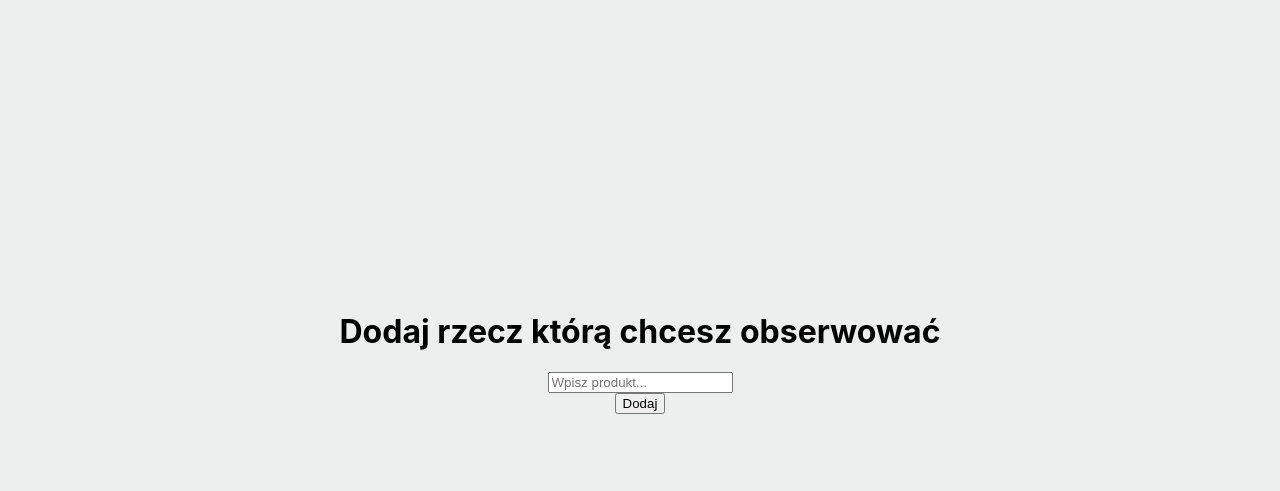
Repository: matedoo/crawler
Page: /MainApp
The author's editor kept a copy of each file at every save. The page is drawn from the files as they stood at one save, then again after a run of saves.
The browser window is 1280 px wide. The pictures show the whole page.
The project was rebuilt for these pictures with package versions that can differ from the ones it lists, and the page was loaded fresh each time. Requests to the local data server were answered from the project's data file. Also part of the build but not shown: src/Components/button.js, src/Components/LoginComponents/LoginApp.js, src/Components/LoginComponents/RegisterApp.js, src/Components/btnContainer.js, src/Components/heading.js, src/Components/LoginComponents/StartApp.js, src/Components/MainApp/MainAppElement.js.

Above is the page before, as saved 2020-04-28 18:57:06.

After the next 2 saves:
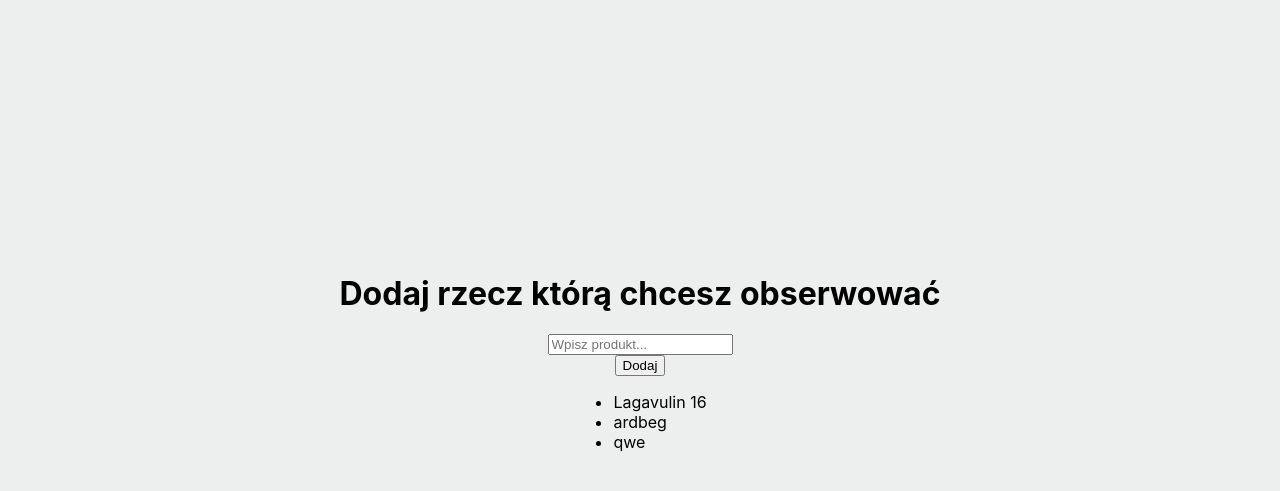
The 2 saves are shown as one change because 1 did not build or start.
The last was saved 52 s later.
--- a/src/Components/MainApp/MainApp.js
+++ b/src/Components/MainApp/MainApp.js
@@ -107,7 +107,7 @@ const [fetchedData, setFetchedData] = useState(/*title: [], id: []*/ [])
         <div>
         <ul>
         {/* {console.log(`${fetchedData.title} title`  )} */}
-        {/* {fetchedData.title.map((el, id) => <li value={id} >{el} </li>)} */}
+        {fetchedData.map((el) => <li value={el.id} >{el.title} </li>)}
         </ul>
         </div>
       </LoginAppStyled>
